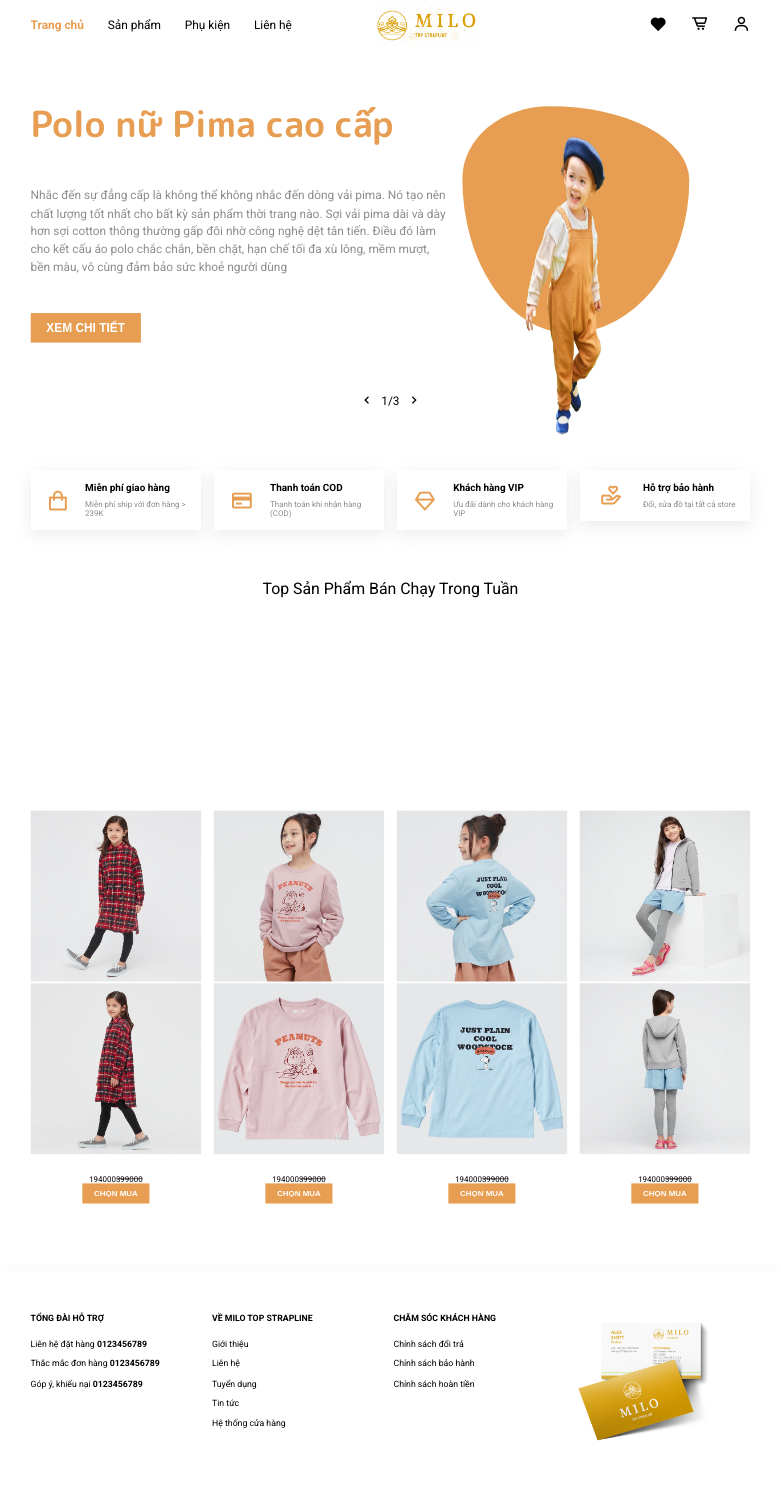
Repository: QuyHoang99k/shop
Page: /
The author's editor kept a copy of each file at every save. The page is drawn from the files as they stood at one save, then again after the next save.
The browser window is 1280 px wide. The pictures show the whole page, at 61% of full size.
The project was rebuilt for these pictures with package versions that can differ from the ones it lists, and the page was loaded fresh each time. Also part of the build but not shown: src/pages/Catalog.jsx, src/pages/Cart.jsx, src/pages/Product.jsx.

Above is the page before, as saved 2021-10-19 10:56:41.

### src/sass/index.scss
@import "./_variables.scss";
@import "./mixins";
@import "./_base.scss";

@import "./components/header";
@import "./components/footer";
@import "./components/hero-slider";
@import "./components/button";
@import "./components/section";
@import "./components/policy-card";
@import "./components/product-card";

### src/components/Layout.jsx
import React from 'react'

import { BrowserRouter, Route } from 'react-router-dom'

import Header from './Header'
import Footer from './Footer'

import Routes from '../routes/Routes'

const Layout = () => {
    return (
        <BrowserRouter>
            <Route render={props => (
                <div>
                    <Header {...props}/>
                    <div className="container">
                        <div className="main">
                            <Routes/>
                        </div>
                    </div>
                    <Footer/>
                </div>
            )}/>
        </BrowserRouter>
    )
}

export default Layout

### src/sass/_variables.scss
$main-bg: #fff;
$main-color: #E79E52;

$txt-main-color: #000;
$txt-second-color:#8d8d8d;
$txt-white:#fff;

$btn-main-bg: $main-color;
$btn-main-color:#fff;

$header-height:80px;
$header-tablet-height:70px;
$header-mobile-height:40px;
$header-shrink-height:70px;

$box-shadow: rgba(149,157,165,0.2) 0px 8px 24px;

$colors:(
  "blue":#E79E52,
  "orange":#E0D3E9,
  "pink":#C19D71,
  "white":#fff,
  "black":#000,
  "main":$main-color

);
$mobile-width: 600px;
$tablet-width:1024px;

$numbers: (0,1,2,3,4,5,6,7,8);

### src/sass/_mixins.scss
@mixin flex ($align-item, $justify-content) {
    display: flex;
    align-items: $align-item;
    justify-content: $justify-content;
}
@mixin mobile {
    @media only screen and (max-width: $mobile-width){
        @content;
    }
}
@mixin tablet {
    @media only screen and (max-width: $tablet-width){
        @content;
    }
}

### src/sass/_base.scss
@import url("https://fonts.googleapis.com/css2?family=M+PLUS+Rounded+1c:wght@100;300;400;500;700;800;900&family=Roboto:ital,wght@0,100;0,300;0,400;0,500;0,700;0,900;1,100;1,300;1,400;1,500;1,700;1,900&display=swap");

@import url("https://fonts.googleapis.com/css2?family=M+PLUS+Rounded+1c:wght@100;300;400;500;700;800;900&family=Roboto:ital,wght@0,100;0,300;0,400;0,500;0,700;0,900;1,100;1,300;1,400;1,500;1,700;1,900&display=swap");

* {
    padding: 0;
    margin: 0;
    box-sizing: border-box;
    -webkit-tap-highlight-color: transparent;
    user-select: none;
}

html {
    font-size: 13px;
}

body {
    font-family: "Roboto", sans-serif;
}

ul {
    list-style-type: none;
}

a {
    text-decoration: none;
    color: unset;
}

a:hover {
    color: $main-color;
}

img {
    max-width: 100%;
}

@each $color, $val in $colors {
    .color-#{$color} {
        color: $val;
    }

    .bg-#{$color} {
        background-color: $val;
    }
}

@each $val in $numbers {
    .grid-col-#{$val} {
        grid-template-columns: repeat($val, 1fr);
    }
}

@each $val in $numbers {
    .grid-col-md-#{$val} {
        @include tablet {
            grid-template-columns: repeat($val, 1fr);
        }
    }
}

@each $val in $numbers {
    .grid-col-sm-#{$val} {
        @include mobile {
            grid-template-columns: repeat($val, 1fr);
        }
    }
}

.container {
    width: 100%;
    max-width: 1620px;
    padding: 0 50px;
    margin: auto;

    @include tablet {
        padding: 0 20px;
    }

    @include mobile {
        padding: 0 10px;
    }
}

.main {
    margin-top: $header-height;
    margin-bottom: 2rem;
    min-height: 100vh;

    @include tablet {
        margin-top: calc(#{$header-tablet-height} + 20px);
    }

    @include mobile {
        margin-top: calc(#{$header-mobile-height} + 10px);
    }
}

.grid {
    display: grid;
}

### src/sass/components/_header.scss
.header {
    background-color: $main-bg;
    position: fixed;
    top: 0;
    left: 0;
    width: 100%;
    z-index: 100;
    height: $header-height;
    transition: height 0.3s ease;

    @include tablet {
        height: $header-tablet-height;
        box-shadow: $box-shadow;
    }

    @include mobile {
        height: $header-mobile-height;
    }

    .container {
        height: 100%;
    }

    &.shrink {
        height: $header-shrink-height;
        box-shadow: $box-shadow;
        z-index: 100;

        @include mobile {
            height: $header-mobile-height;
        }
    }

    &__logo {
        @include flex(center, center);
        position: absolute;
        inset: 0;
        pointer-events: none;

        img {
            height: 75px;
            margin-left: 120px;
            @include tablet {
                height: 50px;
            }
            @include mobile {
                height: 38px;
                margin-left: 0px;
            }
        }
    }

    &__menu {
        @include flex(center, space-between);
        height: 100%;
        font-size: 1.5rem;

        &__item ~ &__item {
            margin-left: 39px;

            @include tablet {
                margin-left: 20px;
            }

            @include mobile {
                margin-left: 10px;
            }
        }

        &__item.active {
            font-weight: 600;
            color: $main-color;
        }

        &__item:hover {
            color: $main-color;
        }

        &__left,
        &__right {
            @include flex(center, center);
            height: 100%;
        }

        &__right {
            font-size: 2.25rem;

            &__item {
                @include flex(center, center);

                @include tablet {
                    margin-left: 10px;
                }
            }

            @include mobile {
                font-size: 1.5rem;
            }
        }

        &__left {
            &__close {
                display: none;
            }

            @include tablet {
                flex-direction: column;
                background-color: $main-bg;
                position: absolute;
                left: 0;
                top: 0;
                width: 100%;
                height: 100vh;
                justify-content: flex-start;
                padding-top: 30px;
                transform: translateX(-100%);
                transition: transform 0.5s ease;

                &.active {
                    transform: translateX(0);
                }

                &__item ~ &__item {
                    margin-left: unset;
                    margin-top: 20px;
                }

                &__close {
                    display: block;
                    position: absolute;
                    left: 20px;
                    font-size: 2.5rem;
                }
            }
        }

        &__mobile-toggle {
            display: none;

            @include tablet {
                display: block;
                font-size: 2.5rem;
            }
        }
    }
}

### src/sass/components/_footer.scss
.footer{
    padding: 70px 0;
    box-shadow: $box-shadow;
    font-size: 1.1rem;
    &__logo{
        height: 220px;
        width: 220px;
    }

    &__about{
        p{
            margin-bottom: 2rem;
        }
    }
    &__title{
        text-transform: uppercase;
        margin-bottom: 2rem;
        font-weight: 600;
    }
    &__content {
        p {
            margin-bottom: 1.25rem;
        }
    }
}

### src/sass/components/_button.scss
.btn {
    border: 0;
    outline: 0;
    color: $btn-main-color;
    font-size: 1.5rem;
    font-weight: 600;
    text-transform: uppercase;
    cursor: pointer;
    overflow: hidden;
    position: relative;

    @include mobile {
        font-size: 1rem;
    }

    &__txt,
    &__icon {
        display: block;
        transition: transform 0.5s ease;
    }

    &__txt {
        padding: 1rem 2rem;
    }

    &__icon {
        @include flex(center, center);
        font-size: 2rem;
        position: absolute;
        left: 0;
        top: 0;
        height: 100%;
        width: 100%;
        transform: translateX(-100%);
    }

    &-animate:hover &__txt {
        transform: translateX(100%);
    }

    &-animate:hover &__icon {
        transform: translateX(0);
    }

    &-sm {
        font-size: 1rem;
    }

    &-sm &__txt {
        padding: 0.7rem 1.5rem;
    }
}

### src/sass/components/_policy-card.scss
.policy-card{
    @include flex(center,flex-start);
    padding: 20px;
    padding-left: 0;
    box-shadow: $box-shadow;
    transition:  transform 0.5s ease;

    &:hover{
        transform: translateY(-20px);
    }
    &__icon{
        @include flex(center,center);
        width: 40%;
        color: $main-color;
        i{
            font-size: 3rem;
        }
    }
    &__info{
        &__name{
            font-size: 1.25rem;
            font-weight: 600;
            margin-bottom: 10px;
        }
        &__description{
            font-size: 1rem;
            color: $txt-second-color;
        }

    }
}

### src/sass/components/_product-card.scss
.product-card{
    text-align: center;
    margin-bottom: 30px;

    &__image{
        padding-top: 100%;
        position: relative;
        overflow: hidden;
        margin-bottom: 30px;
    }
}

### src/components/Header.jsx
import React, { useRef, useEffect } from 'react'
import { Link, useLocation } from 'react-router-dom'

import logo from '../assets/images/Logo-2.png'

const mainNav = [
    {
        display: "Trang chủ",
        path: "/"
    },
    {
        display: "Sản phẩm",
        path: "/catalog"
    },
    {
        display: "Phụ kiện",
        path: "/accessories"
    },
    {
        display: "Liên hệ",
        path: "/contact"
    }
]

const Header = () => {

    const { pathname } = useLocation()
    const activeNav = mainNav.findIndex(e => e.path === pathname)

    const headerRef = useRef(null)

    useEffect(() => {
        window.addEventListener("scroll", () => {
            if (document.body.scrollTop > 80 || document.documentElement.scrollTop > 80) {
                headerRef.current.classList.add('shrink')
            } else {
                headerRef.current.classList.remove('shrink')
            }
        })
        return () => {
            window.removeEventListener("scroll")
        };
    }, []);

    const menuLeft = useRef(null)

    const menuToggle = () => menuLeft.current.classList.toggle('active')

    return (
        <div className="header" ref={headerRef}>
            <div className="container">
                <div className="header__logo">
                    <Link to="/">
                        <img src={logo} alt="" />
                    </Link>
                </div>
                <div className="header__menu">
                    <div className="header__menu__mobile-toggle" onClick={menuToggle}>
                        <i className='bx bx-menu-alt-left'></i>
                    </div>
                    <div className="header__menu__left" ref={menuLeft}>
                        <div className="header__menu__left__close" onClick={menuToggle}>
                            <i className='bx bx-chevron-left'></i>
                        </div>
                        {
                            mainNav.map((item, index) => (
                                <div
                                    key={index}
                                    className={`header__menu__item header__menu__left__item ${index === activeNav ? 'active' : ''}`}
                                    onClick={menuToggle}
                                >
                                    <Link to={item.path}>
                                        <span>{item.display}</span>
                                    </Link>
                                </div>
                            ))
                        }
                    </div>
                    <div className="header__menu__right">
                        <div className="header__menu__item header__menu__right__item">
                        <i className='bx bxs-heart'></i>
                        </div>
                        <div className="header__menu__item header__menu__right__item">
                            <Link to="/cart">
                            <i class='bx bx-cart-alt'></i>
                            </Link>
                        </div>
                        <div className="header__menu__item header__menu__right__item">
                            <i className="bx bx-user"></i>
                        </div>
                    </div>
                </div>
            </div>
        </div>
    )
}

export default Header

### src/routes/Routes.jsx
/* eslint-disable no-unused-vars */
import React from 'react'
import { Route,Switch } from 'react-router'

import Home from '../pages/Home'
import Catalog from '../pages/Catalog'
import Cart from '../pages/Cart'
import Product from '../pages/Product'



const Routes = () => {
  return (
    <Switch>
      <Route path='/' exact component ={Home}/>
      <Route path='/catalog/:slug' exact component ={Product}/>
      <Route path='/catalog' exact component ={Catalog}/>
      <Route path='/cart' exact component ={Cart}/>
    </Switch>
  )
}

export default Routes

### src/components/Grid.jsx
import React from 'react'
import PropTypes from 'prop-types'

const Grid = props => {

    const style = {
        gap: props.gap ? `${props.gap}px` : '0'
    }

    const col = props.col ? `grid-col-${props.col}` : ''
    const mdCol = props.mdCol ? `grid-col-md-${props.mdCol}` : ''
    const smCol = props.smCol ? `grid-col-sm-${props.smCol}` : ''

    return (
        <div className={`grid ${col} ${mdCol} ${smCol}`} style={style}>
            {props.children}
        </div>
    )
}


Grid.propTypes = {
    col: PropTypes.number.isRequired,
    mdCol: PropTypes.number,
    smCol: PropTypes.number,
    gap: PropTypes.number
}

export default Grid

### src/pages/Home.jsx
import React from 'react'
import { Link } from 'react-router-dom'

import Helmet from '../components/Helmet'
import HeroSlider from '../components/HeroSlider'
import heroSliderData from '../assets/fake-data/hero-slider'
import Section, { SectionBody, SectionTitle } from '../components/Section'
import PolicyCard from '../components/PolicyCard'
import Gird from '../components/Grid'
import ProductCard from '../components/ProductCard'

import policy from '../assets/fake-data/policy'
import productData from '../assets/fake-data/products'

const Home = () => {
  return (
    <Helmet title="Trang chủ">
      {/* slider */}
      <HeroSlider data={heroSliderData}
        control={true}
        // auto={true}
        timeOut={5000}
      />

      {/* end slider */}
      {/* policy section */}
      <Section>
        <SectionBody>
          <Gird
            col={4}
            mdCol={2}
            smCol={1}
            gap={20}
          >
            {
              policy.map((item, index) => <Link to="/policy">
                <PolicyCard
                  key={index}
                  name={item.name}
                  description={item.description}
                  icon={item.icon}
                />
              </Link>)
            }
          </Gird>
        </SectionBody>
      </Section>
      {/* end policy section */}
      {/* best selling section */}
      <Section>
        <SectionTitle>
          Top sản phẩm bán chạy trong tuần
        </SectionTitle>
        <SectionBody>
          <Gird
            col={4}
            mdCol={2}
            smCol={1}
            gap={20}
          >
            {
              productData.getProducts(4).map((item,index)=>(
                <ProductCard
                  key={index}
                  img01={item.image01}
                  img02={item.image02}
                  name={item.name}
                  price={item.price}
                  slug={item.slug}
                />
              ))
            }
          </Gird>
        </SectionBody>
      </Section>
      {/* end best selling section */}
    </Helmet>
  )
}

export default Home

### src/components/Helmet.jsx
import React from 'react'
import PropTypes from 'prop-types'

const Helmet = props => {

    document.title = 'Milo - ' + props.title
    return (
        <div>
            {props.children}
        </div>
    )
}

Helmet.propTypes = {
    title:PropTypes.string.isRequired
}

export default Helmet

### src/components/HeroSlider.jsx
import React, { useEffect, useState, useCallback } from 'react'
import PropTypes from 'prop-types'
import { Link } from 'react-router-dom'

import Button from './Button'

const HeroSlider = props => {

    const data = props.data

    const timeOut = props.timeOut ? props.timeOut : 3000

    const [activeSlide, setActiveSlide] = useState(0);

    const nextSlide = useCallback(
        () => {
            const index = activeSlide + 1 === data.length ? 0 : activeSlide + 1
            setActiveSlide(index)
        },
        [activeSlide, data],
    )

    const prevSlide = () => {
        const index = activeSlide - 1 < 0 ? data.length - 1 : activeSlide - 1
        setActiveSlide(index)
    }

    useEffect(() => {
        if (props.auto) {
            const slideAuto = setInterval(() => {
                nextSlide()
            }, timeOut);
            return () => {
                clearInterval(slideAuto)
            }
        }
    }, [nextSlide, timeOut, props])

    return (
        <div className="hero-slider">
            {
                data.map((item, index) => (
                    <HeroSliderItem key={index} item={item} active={index === activeSlide}/>
                ))
            }
            {
                props.control ? (
                    <div className="hero-slider__control">
                        <div className="hero-slider__control__item" onClick={prevSlide}>
                            <i className="bx bx-chevron-left"></i>
                        </div>
                        <div className="hero-slider__control__item">
                            <div className="index">
                                {activeSlide + 1}/{data.length}
                            </div>
                        </div>
                        <div className="hero-slider__control__item" onClick={nextSlide}>
                            <i className="bx bx-chevron-right"></i>
                        </div>
                    </div>
                ) : null
            }
        </div>
    )
}

HeroSlider.propTypes = {
    data: PropTypes.array.isRequired,
    control: PropTypes.bool,
    auto: PropTypes.bool,
    timeOut: PropTypes.number
}

const HeroSliderItem = props => (
    <div className={`hero-slider__item ${props.active ? 'active' : ''}`}>
        <div className="hero-slider__item__info">
            <div className={`hero-slider__item__info__title color-${props.item.color}`}>
                <span>{props.item.title}</span>
            </div>
            <div className="hero-slider__item__info__description">
                <span>{props.item.description}</span>
            </div>
            <div className="hero-slider__item__info__btn">
                <Link to={props.item.path}>
                    <Button
                        backgroundColor={props.item.color}
                        icon="bx bx-cart"
                        animate={true}
                    >
                        xem chi tiết
                    </Button>
                </Link>
            </div>
        </div>
        <div className="hero-slider__item__image">
            <div className={`shape bg-${props.item.color}`}></div>
            <img src={props.item.img} alt="" />
        </div>
    </div>
)

export default HeroSlider

### src/components/PolicyCard.jsx
import React from 'react'
import PropTypes from 'prop-types'

const PolicyCard = props => {
    return (
        <div className="policy-card">
            <div className="policy-card__icon">
                <i className={props.icon}></i>
            </div>
            <div className="policy-card__info">
                <div className="policy-card__info__name">
                    {props.name}
                </div>
                <div className="policy-card__info__description">
                    {props.description}
                </div>
            </div>
        </div>
    )
}

PolicyCard.propTypes = {
    name: PropTypes.string.isRequired,
    description:PropTypes.string.isRequired,
    icon:PropTypes.string.isRequired
}

export default PolicyCard

### src/components/ProductCard.jsx
import React from 'react'
import PropTypes from 'prop-types'

import { Link } from 'react-router-dom'
import Button from './Button'

const ProductCard = props => {
    return (
        <div className="product-card">
            <Link>
                <div className="product-card__image">
                    <img src={props.img01} alt=""  />
                    <img src={props.img02} alt=""  />
                </div>
                <h3 className="product-card__name" >{props.name}</h3>
                <div className="product-card__price">
                    {props.price}
                    <span className="product-card__price__old">
                        <del>399000</del>
                    </span>
                </div>
            </Link>
            <div className="product-card__btn">
                <Button
                    size="sm"
                    icon="bx bx-cart"
                    animate={true}
                >
                    Chọn mua
                </Button>
            </div>
        </div>
    )
}

ProductCard.propTypes = {
    img01:PropTypes.string.isRequired,
    img02:PropTypes.string.isRequired,
    name:PropTypes.string.isRequired,
    price:PropTypes.number.isRequired,
    slug:PropTypes.string.isRequired,
}

export default ProductCard

### src/components/Button.jsx
import React from 'react'
import PropTypes from 'prop-types'

const Button = props => {

    const bg = props.backgroundColor ? 'bg-' + props.backgroundColor : 'bg-main'

    const size = props.size ? 'btn-' + props.size : ''

    const animate = props.animate ? 'btn-animate' : ''

    return (
        <button
            className={`btn ${bg} ${size} ${animate}`}
            onClick={props.onClick ? () => props.onClick() : null}
        >
            <span className="btn__txt">{props.children}</span>
            {
                props.icon ? (
                    <span className="btn__icon">
                        <i className={`${props.icon} bx-tada`}></i>
                    </span>
                ) : null
            }
        </button>
    )
}

Button.propTypes = {
    backgroundColor: PropTypes.string,
    size: PropTypes.string,
    icon: PropTypes.string,
    animate: PropTypes.bool,
    onclick: PropTypes.func
}

export default Button

Loaded but not shown: public/index.html (common file); src/reportWebVitals.js (common file); src/assets/boxicons-2.0.7/css/boxicons.min.css (library); src/sass/components/_section.scss (common file); src/components/Section.jsx (common file); src/assets/fake-data/policy.js (common file); src/assets/fake-data/products.js (236 lines, source omitted); src/assets/fake-data/hero-slider.js (29 lines, source omitted); src/index.js (22 lines, source omitted); src/sass/components/_hero-slider.scss (210 lines, source omitted); src/components/Footer.jsx (118 lines, source omitted)

After the next save:
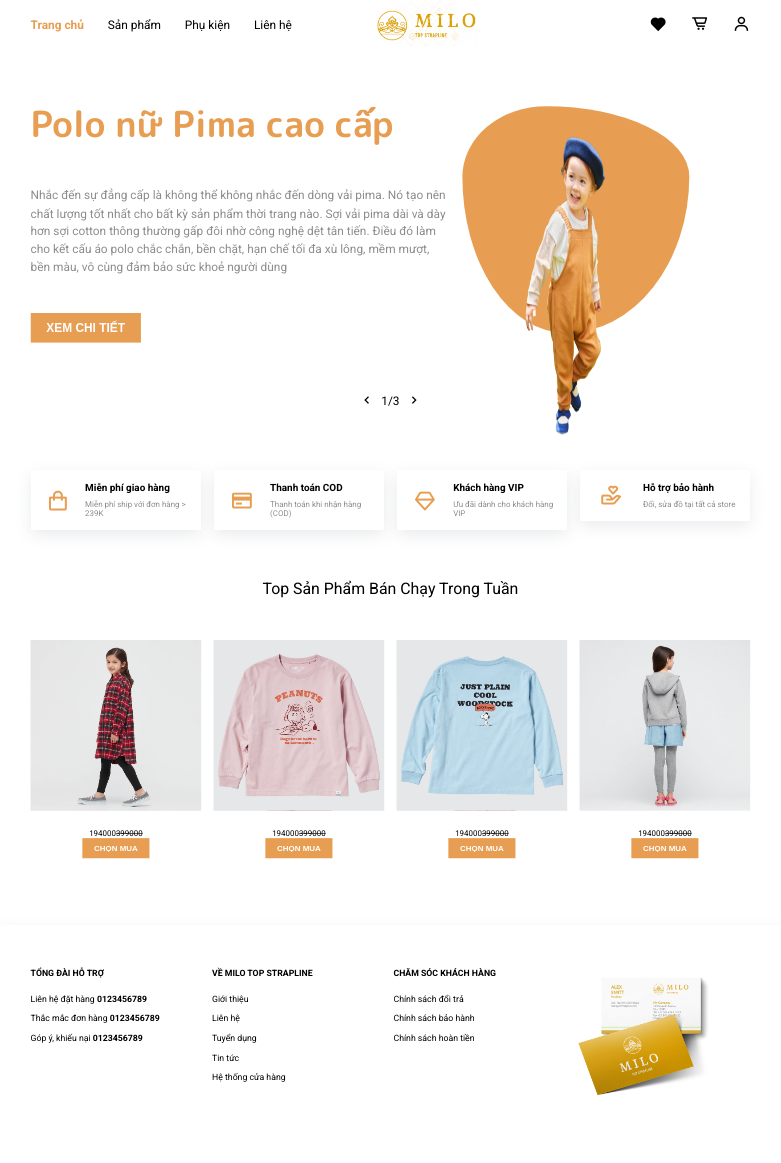
Saved 90 s later.
--- a/src/sass/components/_product-card.scss
+++ b/src/sass/components/_product-card.scss
@@ -7,5 +7,13 @@
         position: relative;
         overflow: hidden;
         margin-bottom: 30px;
+
+        img{
+            position: absolute;
+            top: 0;
+            left: 50%;
+            transform: translateX(-50%);
+            height: 100%;
+        }
     }
 }
